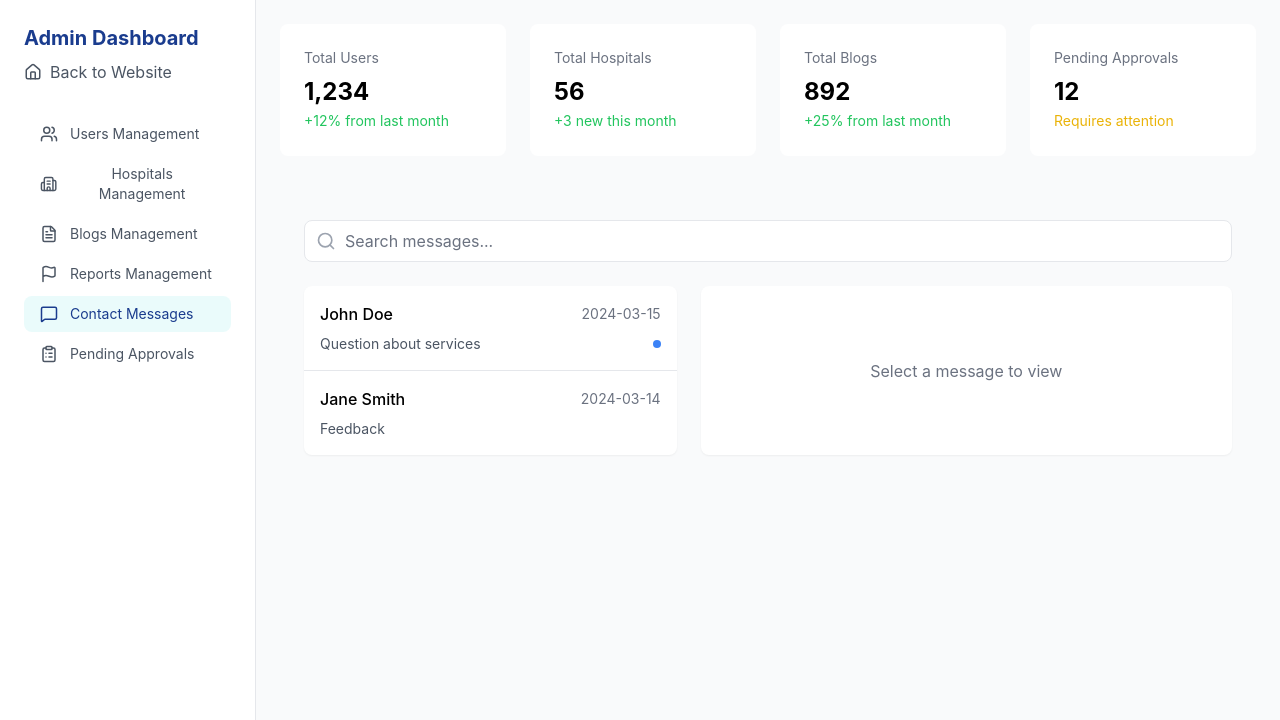
Repository: ZSayless/MyPetDoc
Page: /admin, after clicking the first element matching `nav.space-y-1 > :nth-child(5)`
The author's editor kept a copy of each file at every save. The page is drawn from the files as they stood at one save, then again after the next save.
The browser window is 1280 px wide. The pictures show the whole page.
The project was rebuilt for these pictures with package versions that can differ from the ones it lists, and the page was loaded fresh each time. Also part of the build but not shown: vite.config.js, src/core/ButtonLink.js, src/components/register/SelectRoleModal.js, src/services/authService.js, src/components/register/Register.js, src/core/Overlay.js, src/components/login/Login.js, src/components/layout/Header.js and 39 more.

Above is the page before, as saved 2025-01-16 10:19:25.

After the next save:
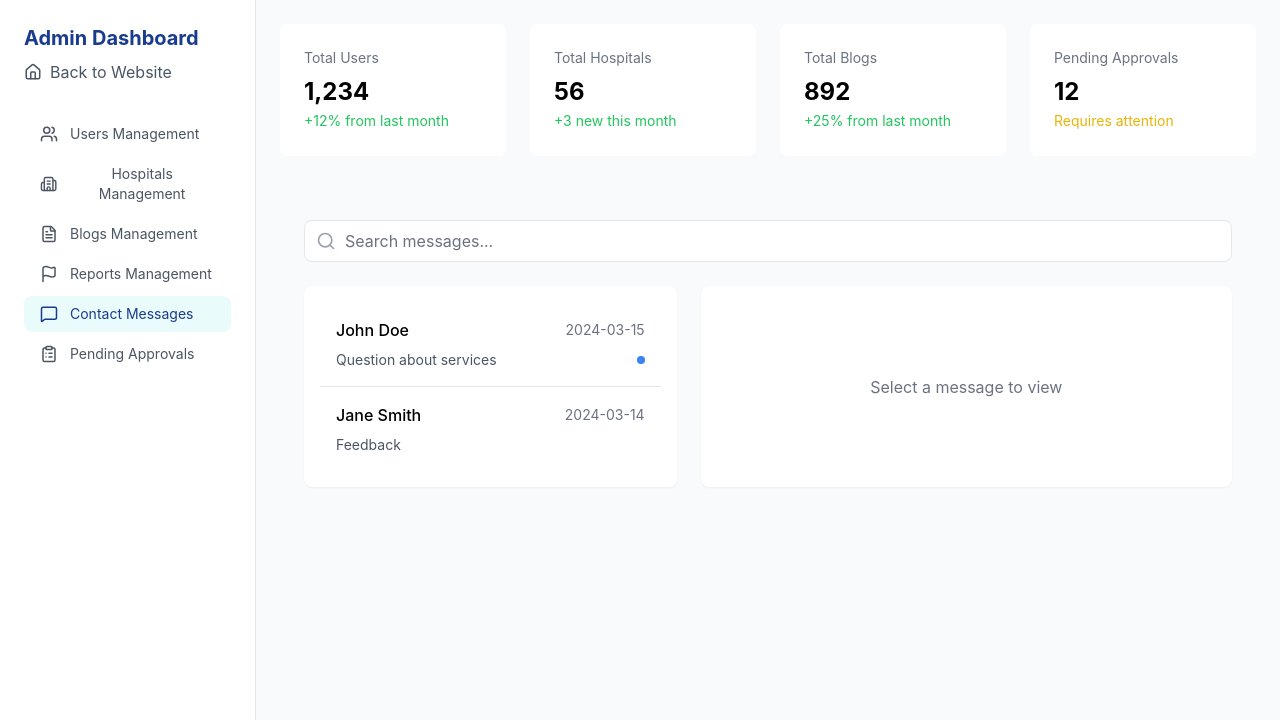
Saved 69 s later.
--- a/src/pages/admin/tabs/ContactMessages.js
+++ b/src/pages/admin/tabs/ContactMessages.js
@@ -1,6 +1,6 @@
 import { useState } from "react";
 import { useDispatch, useSelector } from "react-redux";
-import { Search, Mail, Trash2 } from "lucide-react";
+import { Search, Mail, Trash2, X } from "lucide-react";
 import {
   deleteMessage,
   markMessageAsRead,
@@ -40,7 +40,7 @@ function ContactMessages() {
   );
 
   return (
-    <div className="p-6">
+    <div className="p-4 md:p-6">
       {/* Search */}
       <div className="mb-6">
         <div className="relative">
@@ -58,9 +58,10 @@ function ContactMessages() {
         </div>
       </div>
 
-      <div className="grid grid-cols-12 gap-6">
+      {/* Desktop View */}
+      <div className="hidden md:grid md:grid-cols-12 gap-6">
         {/* Messages List */}
-        <div className="col-span-5 bg-white rounded-lg shadow-sm">
+        <div className="col-span-5 bg-white rounded-lg shadow-sm p-4">
           <div className="divide-y divide-gray-200">
             {filteredMessages.map((message) => (
               <div
@@ -90,7 +91,7 @@ function ContactMessages() {
         </div>
 
         {/* Message Detail */}
-        <div className="col-span-7 bg-white rounded-lg shadow-sm p-6">
+        <div className="col-span-7 bg-white rounded-lg shadow-sm p-4">
           {selectedMessage ? (
             <>
               <div className="flex items-center justify-between mb-6">
@@ -130,6 +131,74 @@ function ContactMessages() {
           )}
         </div>
       </div>
+
+      {/* Mobile View */}
+      <div className="md:hidden">
+        {selectedMessage ? (
+          <div className="bg-white rounded-lg shadow-sm p-4">
+            <div className="flex items-center justify-between mb-4">
+              <h2 className="text-xl font-semibold">{selectedMessage.subject}</h2>
+              <button
+                onClick={() => setSelectedMessage(null)}
+                className="text-gray-400 hover:text-gray-600"
+              >
+                <X size={20} />
+              </button>
+            </div>
+            <div className="mb-4">
+              <p className="text-sm text-gray-500">
+                From: {selectedMessage.name} ({selectedMessage.email})
+              </p>
+              <p className="text-sm text-gray-500">
+                Date: {selectedMessage.date}
+              </p>
+            </div>
+            <div className="prose max-w-none mb-4">
+              <p>{selectedMessage.message}</p>
+            </div>
+            <div className="flex justify-end gap-2">
+              <button
+                onClick={() => handleReply(selectedMessage.email)}
+                className="p-2 text-blue-600 hover:bg-blue-50 rounded-full"
+              >
+                <Mail size={18} />
+              </button>
+              <button
+                onClick={() => handleDelete(selectedMessage.id)}
+                className="p-2 text-red-600 hover:bg-red-50 rounded-full"
+              >
+                <Trash2 size={18} />
+              </button>
+            </div>
+          </div>
+        ) : (
+          <div className="space-y-4">
+            {filteredMessages.map((message) => (
+              <div
+                key={message.id}
+                className="bg-white p-4 rounded-lg shadow-sm"
+                onClick={() => handleView(message)}
+              >
+                <div className="flex justify-between items-start mb-2">
+                  <div>
+                    <h3 className="font-medium text-gray-900">
+                      {message.name}
+                    </h3>
+                    <p className="text-sm text-gray-500">{message.email}</p>
+                  </div>
+                  {message.status === "unread" && (
+                    <span className="w-2 h-2 bg-blue-500 rounded-full"></span>
+                  )}
+                </div>
+                <p className="text-sm text-gray-600 line-clamp-2">
+                  {message.subject}
+                </p>
+                <p className="text-xs text-gray-500 mt-2">{message.date}</p>
+              </div>
+            ))}
+          </div>
+        )}
+      </div>
     </div>
   );
 }
